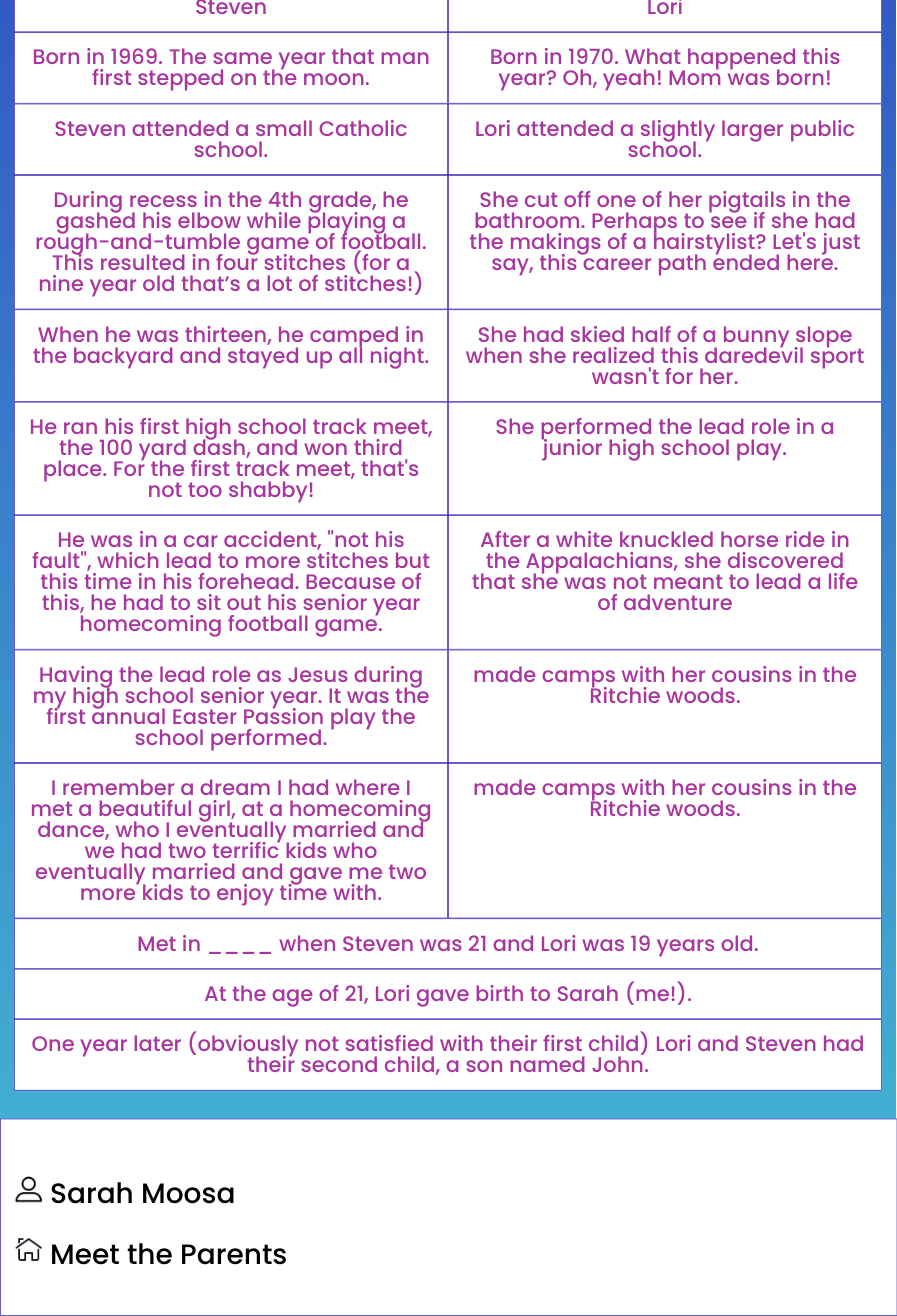
Repository: Sbethm/parents-tribute
Page: timeline.html
These files come from the project's save history. The page is drawn as it stood at one moment and after the next save; the edit follows.
The browser window is 1280 px wide. The page is 1282 px wide, so the pictures cover 1282 px, including what lies to the right of the window. The pictures show the part of the page from y = 1440 to 3320 px (the page is 3320 px tall before and 3184 px after), at 70% of full size.

Above is the page before, as saved 2021-02-11 17:39:04.

After the next save:
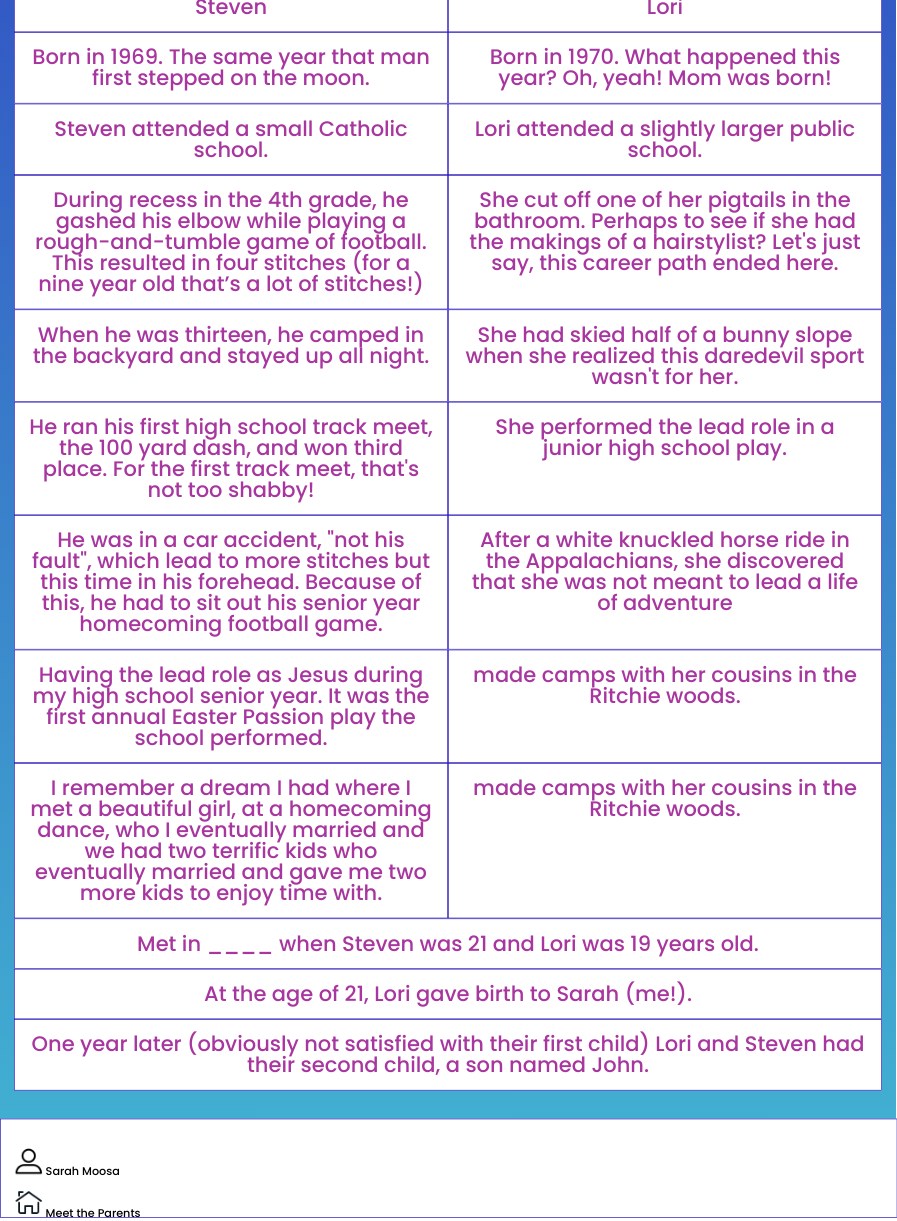
Saved 58 min 51 s later.
--- a/style.css
+++ b/style.css
@@ -556,16 +556,6 @@ footer {
         grid-area: fm-3;
     }
 
-    footer {
-        width: calc(100vw - 40px);
-        height: 200px;
-        padding: 80px 20px 0 20px;
-        font-family: 'Poppins', sans-serif;
-        font-size: 40px;
-        font-weight: 500;
-        border: solid 1px rgb(40, 23, 187);
-    }
-
     .icon {
         width: 40px;
         height: auto;
